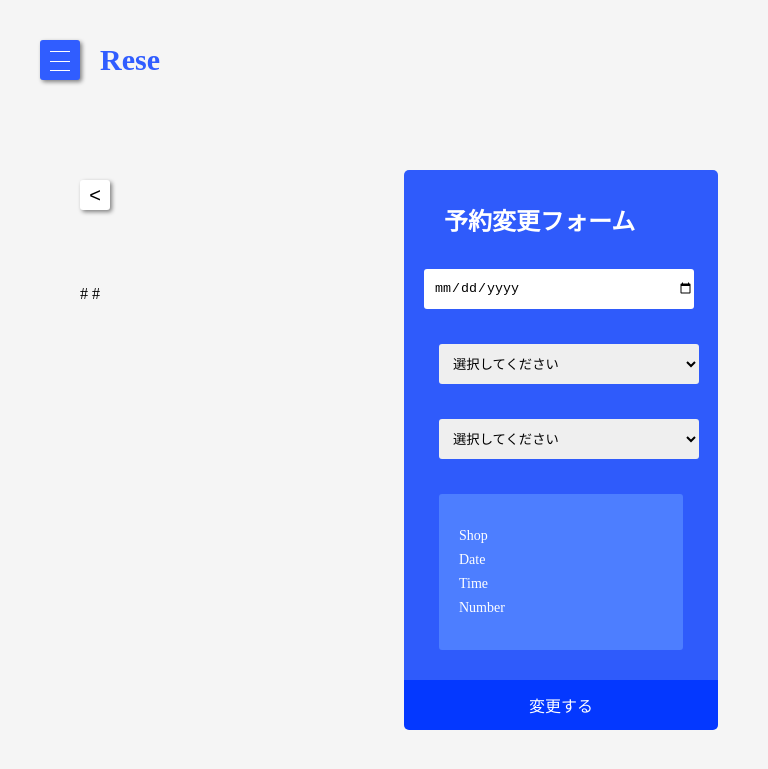
Repository: Haruka-Wada/Rese
Page: src/resources/views/edit.blade.php
The author's editor kept a copy of each file at every save. The page is drawn from the files as they stood at one save, then again after the next save.
The browser window is 768 px wide. The pictures show the whole page.
The page is served by the project's Laravel application, run on PHP 8.4 with Laravel 8. Other server files are loaded and not shown. The template is opened directly, without the code that normally fills it, so the values that code supplies are empty.

Above is the page before, as saved 2024-11-19 15:39:44.

### src/routes/web.php
<?php

use App\Http\Controllers\ReseController;
use Illuminate\Database\Console\Migrations\ResetCommand;
use Illuminate\Support\Facades\Route;
use SebastianBergmann\GlobalState\Restorer;

/*
|--------------------------------------------------------------------------
| Web Routes
|--------------------------------------------------------------------------
|
| Here is where you can register web routes for your application. These
| routes are loaded by the RouteServiceProvider within a group which
| contains the "web" middleware group. Now create something great!
|
*/

Route::get('/', [ReseController::class, 'index']);
Route::get('/detail/{shop_id?}', [ReseController::class, 'detail']);
Route::get('/search', [ReseController::class, 'search']);

Route::middleware(['verified'])->group(function(){
    Route::middleware('auth')->group(function () {
        Route::get('/thanks', [ReseController::class, 'thanks']);
        Route::get('/mypage', [ReseController::class, 'myPage']);
        Route::post('/favorite', [ReseController::class, 'favorite']);
        Route::post('/reservation', [ReseController::class, 'reservation']);
        Route::get('/done', [ReseController::class, 'done']);
        Route::delete('/delete',[ReseController::class, 'reservationDelete']);
        Route::get('/edit', [ReseController::class, 'reservationEdit']);
        Route::patch('/edit/update', [ReseController::class, 'reservationUpdate']);
    });
});

### src/resources/views/edit.blade.php
@extends('layouts/app')

@section('css')
<link rel="stylesheet" href="{{ asset('css/edit.css') }}">
@endsection

@section('main')
<div class="main__container">
    <div class="shop__container">
        <div class="shop__name-area">
            <button onclick="location.href='/mypage'">&lt;</button>
            <h2>{{ $reservation->shop->name }}</h2>
        </div>
        <div class="shop__img">
            <img src="{{ $reservation->shop->image}}" alt="">
        </div>
        <div class="shop__tag">
            <span>#{{ $reservation->shop->area->name }}</span>
            <span>#{{ $reservation->shop->genre->name }}</span>
        </div>
        <div class="shop__outline">
            <p>{{ $reservation->shop->outline }}</p>
        </div>
    </div>
    <div class="reservation__container">
        <div class="reservation__wrap">
            <div class="reservation__title">
                <h2>予約変更フォーム</h2>
            </div>
            <form action="/edit/update" method="post" id="update">
                @method('PATCH')
                @csrf
                <div class="reservation__form">
                    <input type="hidden" name="id" value="{{ $reservation->id }}">
                    <input type="date" name="date" class="reservation__date">
                    <div class="reservation__error">
                        @error('date')
                        {{ $message }}
                        @enderror
                    </div>
                    <select name="time" id="" class="reservation__time">
                        <option disabled selected>選択してください</option>
                        <option value="17:00">17:00</option>
                        <option value="17:30">17:30</option>
                        <option value="18:00">18:00</option>
                        <option value="18:30">18:30</option>
                        <option value="19:00">19:00</option>
                        <option value="19:30">19:30</option>
                        <option value="20:00">20:00</option>
                        <option value="20:30">20:30</option>
                        <option value="21:00">21:00</option>
                        <option value="21:30">21:30</option>
                        <option value="22:00">22:00</option>
                        <option value="22:30">22:30</option>
                        <option value="23:00">23:00</option>
                    </select>
                    <div class="reservation__error">
                        @error('time')
                        {{ $message }}
                        @enderror
                    </div>
                    <select name="number" id="" class="reservation__number">
                        <option disabled selected>選択してください</option>
                        @for($i = 1; $i < 51; $i++)
                            <option value="{{ $i }}">{{ $i }}人</option>
                            @endfor
                    </select>
                    <div class="reservation__error">
                        @error('number')
                        {{ $message }}
                        @enderror
                    </div>
                </div>
            </form>
            <div class="reservation__confirm">
                <dl class="reservation__confirm-list">
                    <dt class="reservation__confirm-item">Shop</dt>
                    <dd class="reservation__confirm-content">{{ $reservation->shop->name }}</dd>
                </dl>
                <dl class="reservation__confirm-list">
                    <dt class="reservation__confirm-item">Date</dt>
                    <dd class="reservation__confirm-content" id="date"></dd>
                </dl>
                <dl class="reservation__confirm-list">
                    <dt class="reservation__confirm-item">Time</dt>
                    <dd class="reservation__confirm-content" id="time"></dd>
                </dl>
                <dl class="reservation__confirm-list">
                    <dt class="reservation__confirm-item">Number</dt>
                    <dd class="reservation__confirm-content" id="number"></dd>
                </dl>
            </div>
        </div>
        <div class="update__button">
            <button type="submit" form="update">変更する</button>
        </div>
    </div>
</div>

<script type="text/javascript">
    $(function() {
        const date = $('#date');
        $('[name=date]').change(function() {
            const selectedDate = $('[name=date]').val();
            const formatDate = new Date(selectedDate);
            const year = formatDate.getFullYear();
            const month = formatDate.getMonth() + 1;
            const day = formatDate.getDate();
            date.text(year + "/" + month + "/" + day);
        })
    })

    $(function() {
        const time = $('#time');
        $('[name=time]').change(function() {
            const selectedTime = $('[name=time] option:selected').text();
            time.text(selectedTime);
        });
    });

    $(function() {
        const number = $('#number');
        $('[name=number]').change(function() {
            const selectedNumber = $('[name=number] option:selected').text();
            number.text(selectedNumber);
        })
    })
</script>
@endsection

### src/resources/views/layouts/app.blade.php
<!DOCTYPE html>
<html lang="ja">

<head>
    <meta charset="UTF-8">
    <meta name="viewport" content="width=device-width, initial-scale=1.0">
    <meta name="csrf-token" content="{{ csrf_token()}}">
    <title>Rese</title>
    <link rel="stylesheet" href="{{ asset('css/sanitize.css') }}">
    <link rel="stylesheet" href="{{ asset('css/app.css') }}">
    @yield('css')
    <script src="https://ajax.googleapis.com/ajax/libs/jquery/3.3.1/jquery.min.js"></script>
</head>

<body>

    <header>
        <div class="header__wrapper">
            <button class="header__nav" onclick="navFunc()"></button>
            <nav class="header__hamburger">
                <ul class="hamburger__menu">
                    <li><a href="/" class="hamburger__menu-link">HOME</a></li>
                    @if(Auth::check())
                    <li>
                        <form action="/logout" method="post">
                            @csrf
                            <button class="hamburger__menu-logout">Logout</button>
                        </form>
                    </li>
                    <li><a href="/mypage" class="hamburger__menu-link">Mypage</a></li>
                    @else
                    <li><a href="/register" class="hamburger__menu-link registration">Registration</a></li>
                    <li><a href="/login" class="hamburger__menu-link">Login</a></li>
                    @endif
                </ul>
            </nav>
            <h1 class="header__logo">Rese</h1>
            @yield('search')
        </div>
    </header>
    <main class="main">
        @yield('main')
    </main>

    <script type="text/javascript">
        function navFunc() {
            document.querySelector('html').classList.toggle('open');
        }
    </script>
</body>

</html>

### src/public/css/sanitize.css
/*
html5doctor.com Reset Stylesheet
v1.6.1
Last Updated: 2010-09-17
Author: Richard Clark - http://richclarkdesign.com
Twitter: @rich_clark
*/

html,
body,
div,
span,
object,
iframe,
h1,
h2,
h3,
h4,
h5,
h6,
p,
blockquote,
pre,
abbr,
address,
cite,
code,
del,
dfn,
em,
img,
ins,
kbd,
q,
samp,
small,
strong,
sub,
sup,
var,
b,
i,
dl,
dt,
dd,
ol,
ul,
li,
fieldset,
form,
label,
legend,
table,
caption,
tbody,
tfoot,
thead,
tr,
th,
td,
article,
aside,
canvas,
details,
figcaption,
figure,
footer,
header,
hgroup,
menu,
nav,
section,
summary,
time,
mark,
audio,
video {
    margin: 0;
    padding: 0;
    border: 0;
    outline: 0;
    font-size: 100%;
    vertical-align: baseline;
    background: transparent;
}

body {
    line-height: 1;
}

article,
aside,
details,
figcaption,
figure,
footer,
header,
hgroup,
menu,
nav,
section {
    display: block;
}

nav ul {
    list-style: none;
}

blockquote,
q {
    quotes: none;
}

blockquote:before,
blockquote:after,
q:before,
q:after {
    content: '';
    content: none;
}

a {
    margin: 0;
    padding: 0;
    font-size: 100%;
    vertical-align: baseline;
    background: transparent;
}

/* change colours to suit your needs */
ins {
    background-color: #ff9;
    color: #000;
    text-decoration: none;
}

/* change colours to suit your needs */
mark {
    background-color: #ff9;
    color: #000;
    font-style: italic;
    font-weight: bold;
}

del {
    text-decoration: line-through;
}

abbr[title],
dfn[title] {
    border-bottom: 1px dotted;
    cursor: help;
}

table {
    border-collapse: collapse;
    border-spacing: 0;
}

/* change border colour to suit your needs */
hr {
    display: block;
    height: 1px;
    border: 0;
    border-top: 1px solid #cccccc;
    margin: 1em 0;
    padding: 0;
}

input,
select {
    vertical-align: middle;
}

### src/public/css/app.css
body {
    background-color: whitesmoke;
    width: 100vw;
}

.header__wrapper {
    width: 90%;
    height: 60px;
    margin: 0 auto;
    display: flex;
    justify-content: space-between;
    align-items: center;
    padding: 30px 60px;
    position: fixed;
    z-index: 10;
    background-color: whitesmoke;
}

.header__nav {
    padding: 10px;
    margin: 10px;
    border: none;
    outline: none;
    background: none;
    width: 40px;
    height: 40px;
    cursor: pointer;
    background-color: #305DFF;
    box-shadow: 2px 2px 4px gray;
    border-radius: 3px;
    color: white;
}

.header__nav::before {
    content: '';
    display: block;
    height: 1px;
    background-color: currentColor;
    transform: translateY(-8px);
    transition: 0.3s ease-in-out;
    box-shadow: 0 10px currentColor;
}

.header__nav::after {
    content: '';
    display: block;
    height: 1px;
    background-color: currentColor;
    transform: translateY(10px);
    transition: 0.3s ease-in-out;
}

.open .header__nav {
    z-index: 1000;
}

.open .header__nav::before {
    transform: rotate(-45deg);
    box-shadow: none;
}

.open .header__nav::after {
    transform: rotate(45deg);
    box-shadow: none;
}

.header__logo {
    color: #305DFF;
    font-size: 30px;
    position: fixed;
    left: 130px;
    transition: 0.5s;
}

.header__hamburger {
    display: flex;
    justify-content: center;
    align-items: center;
    position: absolute;
    width: 0;
    height: 0;
    top: 45px;
    left: 55px;
    overflow: hidden;
    color: transparent;
    transition: 0.5s ease-in-out;
}

.open .header__hamburger {
    top: 0;
    left: 0;
    width: 100vw;
    height: 100vh;
    background-color: white;
    z-index: 100;
}

.hamburger__menu {
    padding: 10% 0;
}

.hamburger__menu li {
    text-align: center;
    list-style: none;
    line-height: 300%;
}

.hamburger__menu-link {
    color: #305DFF;
    font-size: 25px;
    text-decoration: none;
    font-weight: 550;
}

.hamburger__menu-logout {
    border: none;
    outline: none;
    background-color: white;
    color: #305DFF;
    font-size: 25px;
    margin: 20px;
}

.registration {
    display: inline-block;
    margin: 20px;
}

.main {
    padding-top: 130px;
}

@media screen and (max-width: 768px) {
    .header__wrapper {
        padding: 30px;
    }

    .header__logo {
        left: 100px;
    }

    .main {
        padding-top: 120px;
    }
}

### src/public/css/edit.css
.header__wrapper {
    width: 30%;
}

.main {
    padding: 0;
}

.main__container {
    display: grid;
    grid-template-rows: 130px 1fr;
    grid-template-columns: 50% 1fr;
}

.shop__container {
    grid-row: 2/3;
    grid-column: 1/2;
    width: 80%;
    margin: 50px;
}

.shop__name-area {
    display: flex;
    align-items: center;
    padding-bottom: 30px;
}

.shop__name-area button {
    width: 30px;
    height: 30px;
    font-size: 20px;
    background-color: white;
    border: none;
    border-radius: 3px;
    box-shadow: 2px 2px 4px gray;
}

.shop__name-area h2 {
    padding-left: 20px;
    font-size: 30px;
}

.shop__img {
    width: 100%;
}

.shop__img img {
    width: 100%;
}

.shop__tag {
    padding: 30px 0;
}

.shop__outline {
    line-height: 1.3;
}

.reservation__container {
    width: 100%;
    height: 90%;
    grid-row: 1/3;
    grid-column: 2/3;
    padding: 40px 0;
}

.reservation__wrap {
    height: 70%;
    background-color: #2F5BFB;
    border-radius: 5px 5px 0 0;
    padding: 20px 20px 160px;
    margin-right: 50px;
}

.reservation__title {
    color: white;
    padding: 20px;
    font-size: 24px;
}

.reservation__date {
    width: 40%;
    height: 40px;
    border: none;
    border-radius: 3px;
    padding-left: 10px;
    margin: 15px 0;
}

.reservation__time,
.reservation__number {
    width: 95%;
    height: 40px;
    border: none;
    border-radius: 3px;
    padding-left: 10px;
    margin: 0 20px 15px;
}

.reservation__confirm {
    background-color: #4D7EFF;
    border-radius: 3px;
    color: white;
    margin: 0 15px;
    padding: 30px 20px;
}

.reservation__confirm-list {
    font-size: 14px;
    display: flex;
    padding: 5px 0;
}

.reservation__confirm-item {
    width: 25%;
}

.reservation__confirm-content {
    width: 75%;
}

.update__button {
    height: 50px;
    display: flex;
    align-items: center;
    margin-right: 50px;
    border-radius: 0 0 5px 5px;
    text-align: center;
}

.update__button button {
    width: 100%;
    height: 100%;
    font-size: 16px;
    border: none;
    border-radius: 0 0 5px 5px;
    background-color: #0438FF;
    color: white;
}

.reservation__error {
    color: white;
    font-size: 14px;
    margin-bottom: 20px;
}

@media screen and (max-width:768px) {
    .main {
        padding-top: 130px;
    }

    .header__wrapper {
        width: 100%;
    }

    .main__container {
        align-items: stretch;
        padding: 0 30px;
    }

    .shop__container {
        grid-row: 1/3;
        grid-column: 1/2;
    }

    .reservation__wrap {
        height: auto;
        padding: 20px 20px 30px;
        margin: 0 20px;
    }

    .reservation__date {
        width: 95%;
    }

    .reservation__time, .reservation__number {
        margin: 0 15px 15px;
    }

    .update__button {
        margin: 0 20px;
    }
}

After the next save:
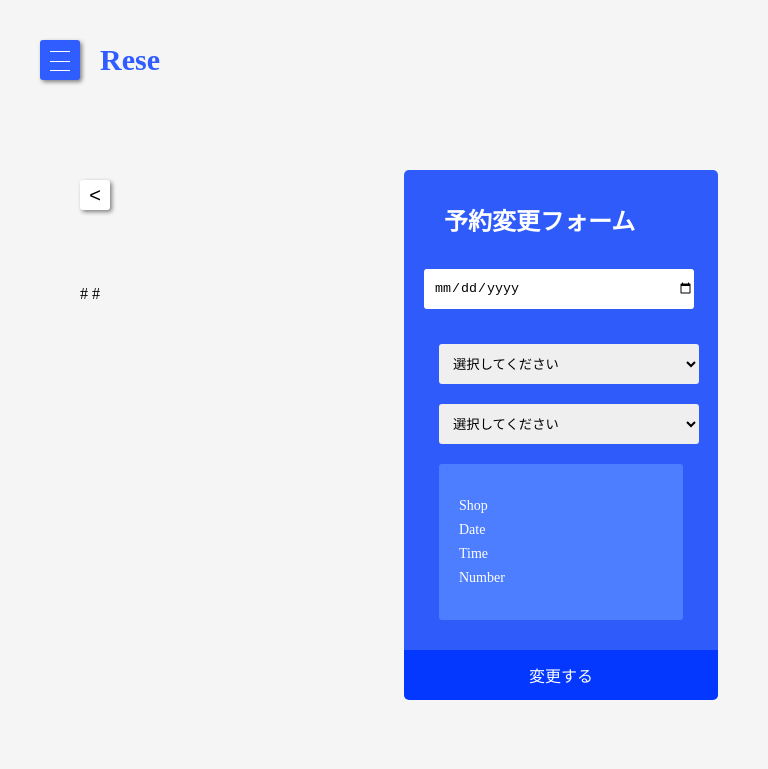
Saved 6 s later.
--- a/src/public/css/edit.css
+++ b/src/public/css/edit.css
@@ -174,7 +174,7 @@
     }
 
     .reservation__time, .reservation__number {
-        margin: 0 15px 15px;
+        margin: 0 15px 0;
     }
 
     .update__button {
